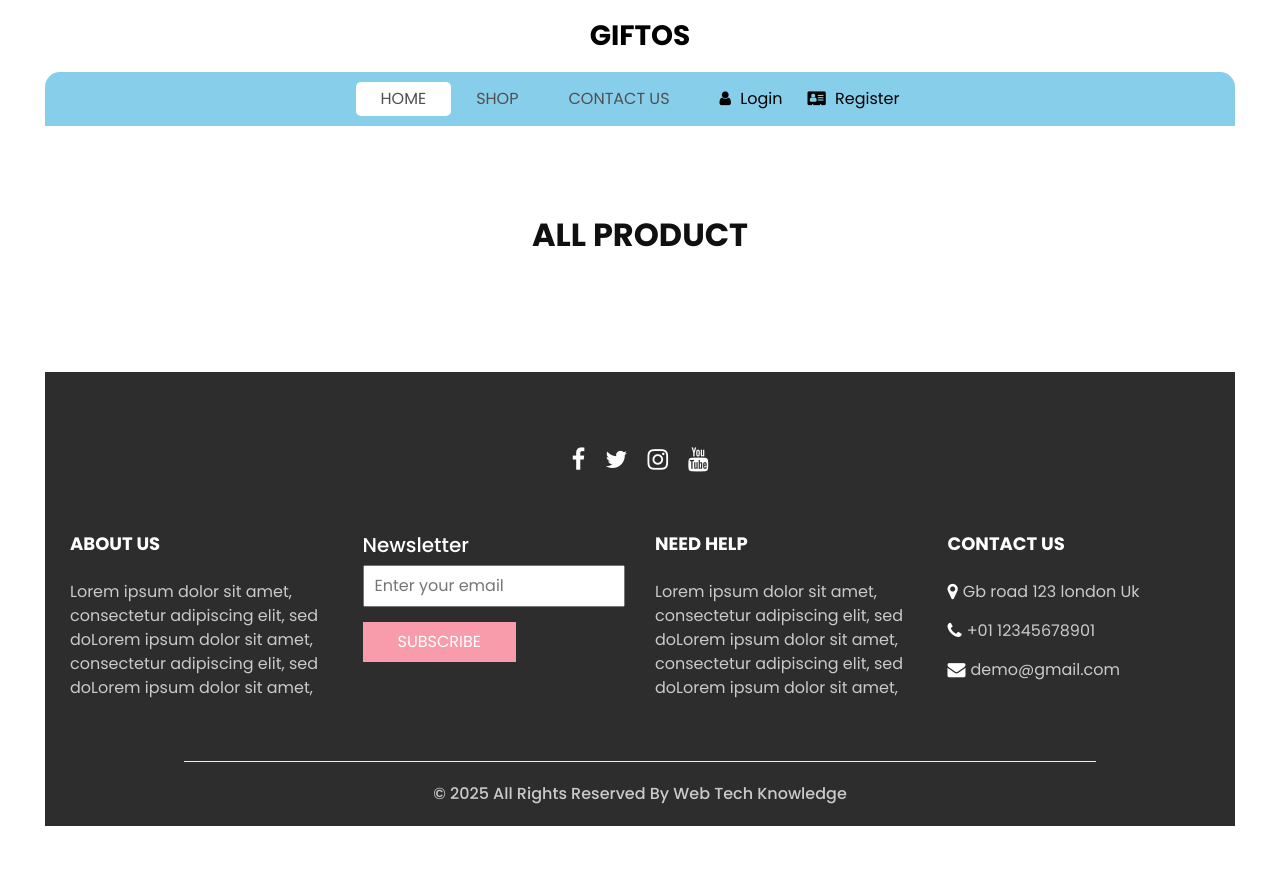
Repository: hahuuchinh2501/ecommerce_project
Page: http://localhost/view_shop
The author's editor kept a copy of each file at every save. The page is drawn from the files as they stood at one save, then again after the next save.
The browser window is 1280 px wide. The pictures show the whole page.
The page is served by the project's Laravel application, run on PHP 8.4 with Laravel 12. Queries for data that is not in the repository find no rows.

Above is the page before, as saved 2025-04-04 12:58:52.

After the next save:
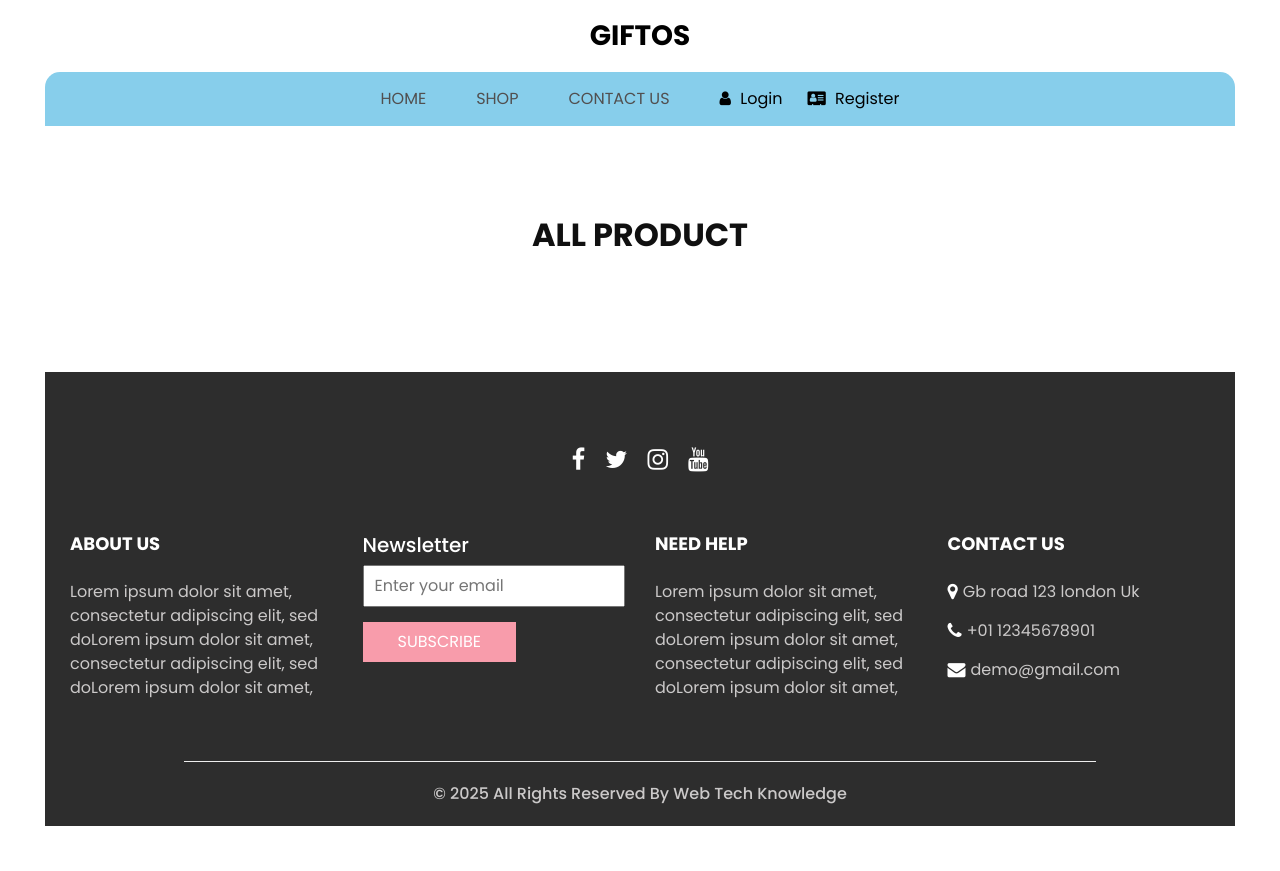
Saved 2 min 23 s later.
--- a/resources/views/home/header.blade.php
+++ b/resources/views/home/header.blade.php
@@ -11,7 +11,7 @@
 
         <div class="collapse navbar-collapse" id="navbarSupportedContent">
           <ul class="navbar-nav  ">
-            <li class="nav-item active">
+            <li class="nav-item">
               <a class="nav-link" href="{{ url('/') }}">Home <span class="sr-only">(current)</span></a>
             </li>
             <li class="nav-item">
